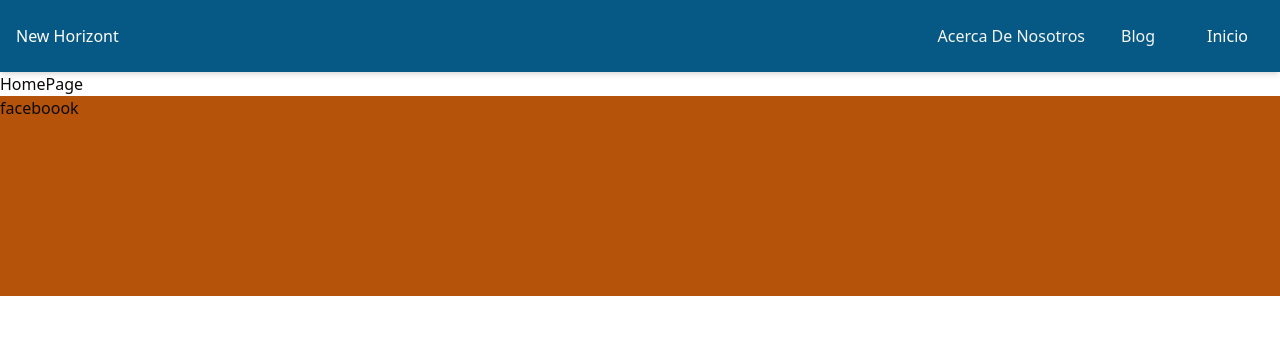
Repository: jefrydep/new-horizont-school
Page: /home
An editor plug-in stored every save of this project. The page is shown before and after the next save, followed by the edit.
The browser window is 1280 px wide. The pictures show the whole page.
The project was rebuilt for these pictures with package versions that can differ from the ones it lists, and the page was loaded fresh each time. The framework's server and built-in components were replaced by stand-ins that run in the browser. Also part of the build but not shown: next.config.ts.

Above is the page before, as saved 2024-11-07 20:18:57.

After the next save:
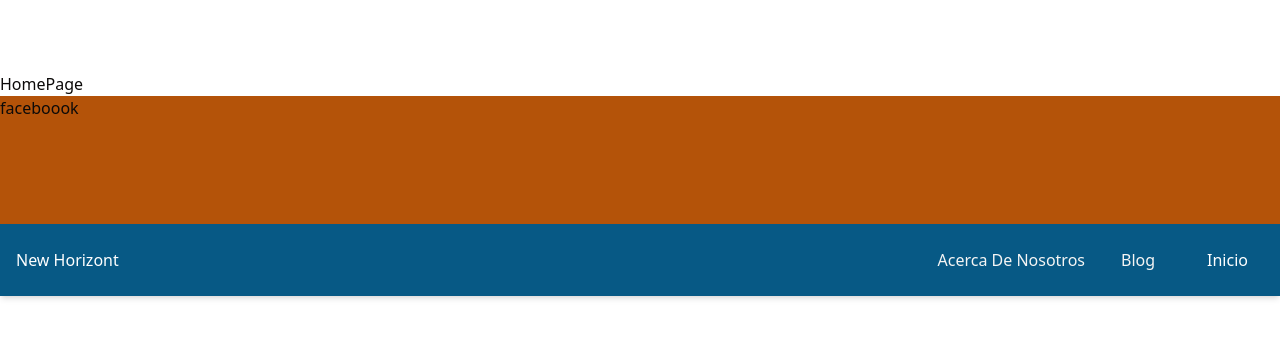
Saved 14 s later.
--- a/src/components/Navbar.tsx
+++ b/src/components/Navbar.tsx
@@ -7,7 +7,7 @@
   const [isOpen, setIsOpen] = useState<boolean>(false);
 
   return (
-    <header className="bg-sky-800 shadow-md sticky fixed  z-20 w-full  ">
+    <header className="bg-sky-800 shadow-md sticky  top-56  z-20 w-full  ">
       <div className="flex justify-between items-center    m-auto container px-4 py-2">
         <div className="text-white">New Horizont</div>
         <nav className="outline-none hidden    sm:flex gap-9 items-center  list-none">

After the 2 saves that followed:
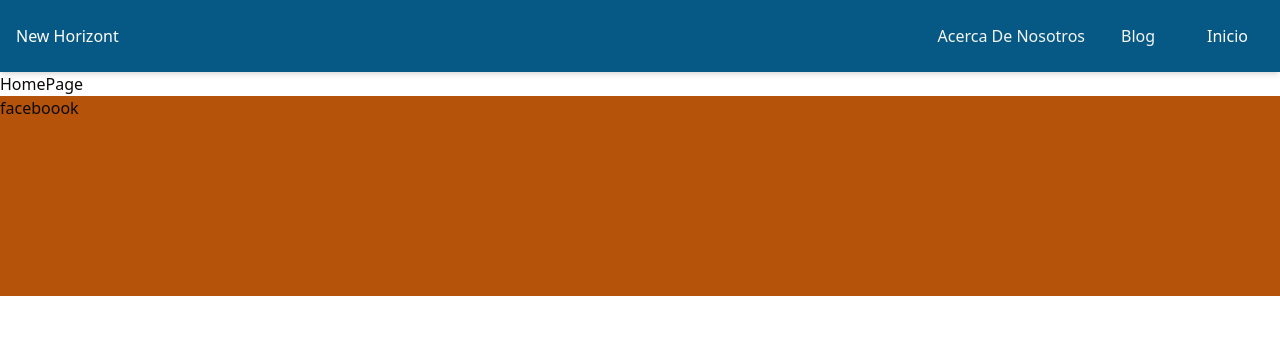
The 2 saves are shown as one change because 1 left the picture as it was.
The last was saved 60 s later.
--- a/src/components/Navbar.tsx
+++ b/src/components/Navbar.tsx
@@ -7,7 +7,7 @@
   const [isOpen, setIsOpen] = useState<boolean>(false);
 
   return (
-    <header className="bg-sky-800 shadow-md sticky  top-56  z-20 w-full  ">
+    <header className="bg-sky-800 shadow-md sticky    z-20 w-full  ">
       <div className="flex justify-between items-center    m-auto container px-4 py-2">
         <div className="text-white">New Horizont</div>
         <nav className="outline-none hidden    sm:flex gap-9 items-center  list-none">
